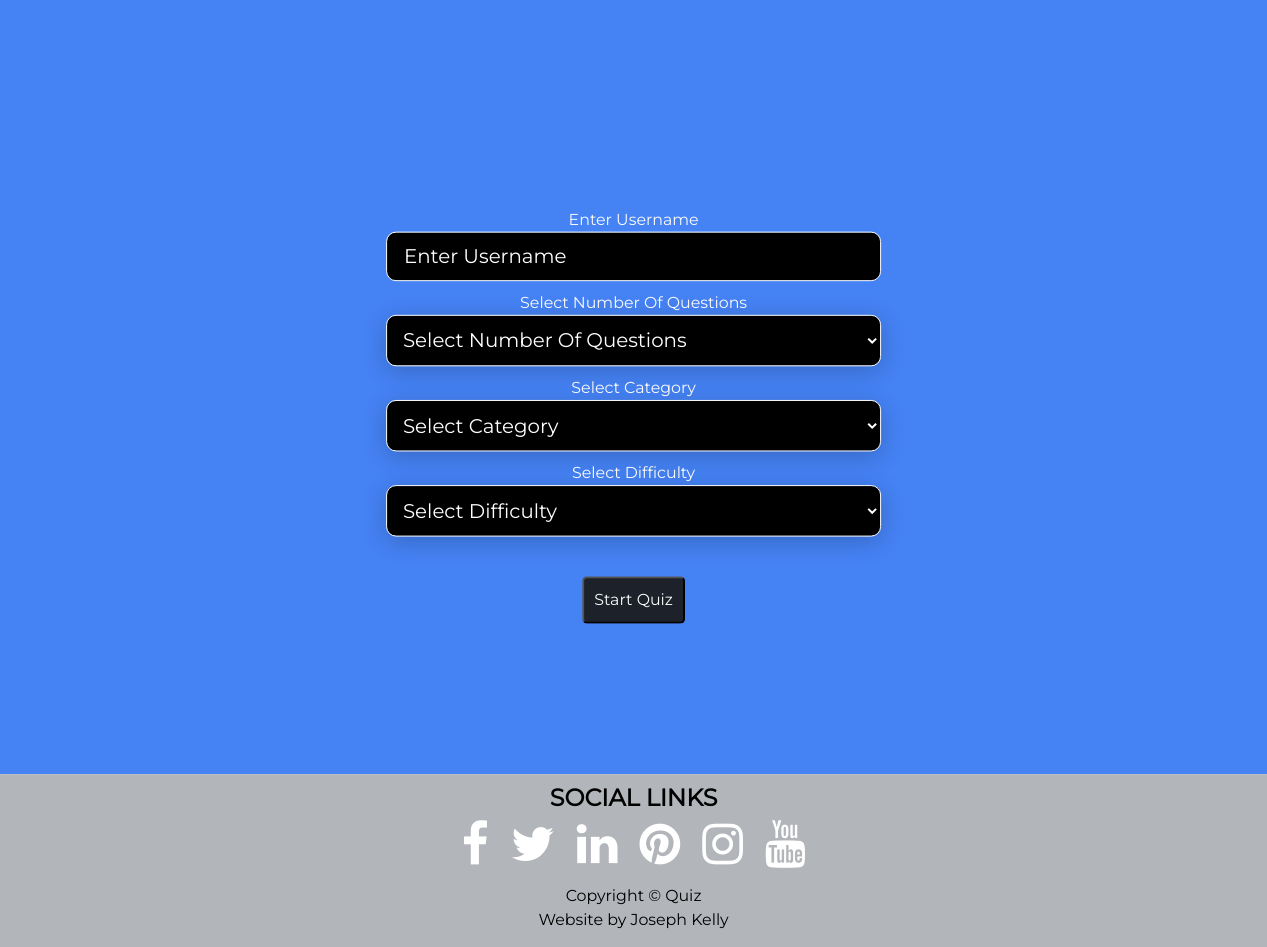
Repository: Code-Institute-Submissions/quiz-1
Page: load.html
The author's editor kept a record of every edit. The page is drawn from the files as they stood at one moment, then again after the next edit.
The browser window is 1280 px wide. The pictures show the whole page, at 99% of full size.

Above is the page before.

After the next edit:
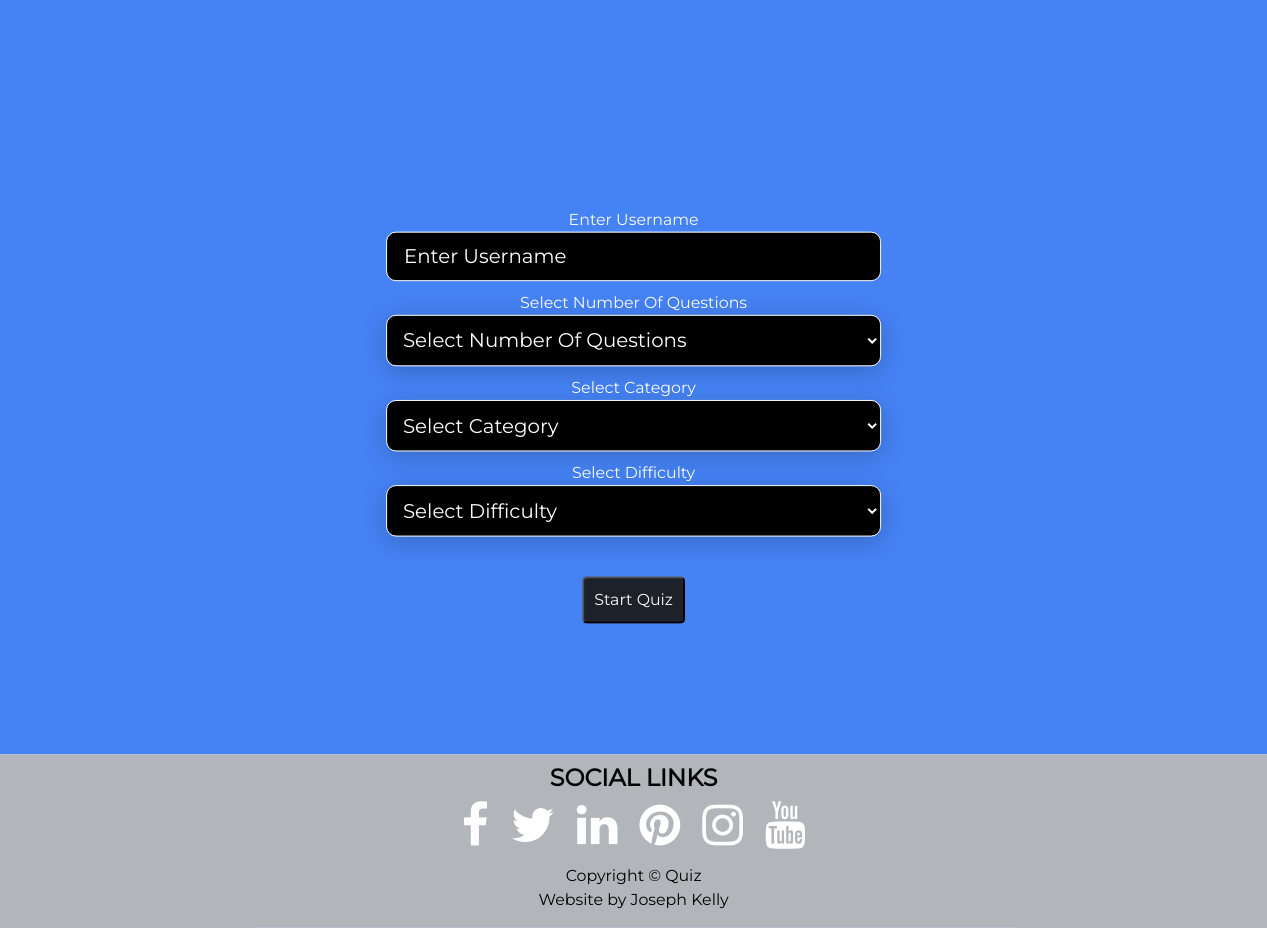
The edit:
--- a/load.html
+++ b/load.html
@@ -16,7 +16,7 @@
 </head>
 
 <body>
-    <div class="container-fluid home">
+    <div class="container-fluid background-load">
         <div>
             <form class="option-select">
                 <div class="box">
